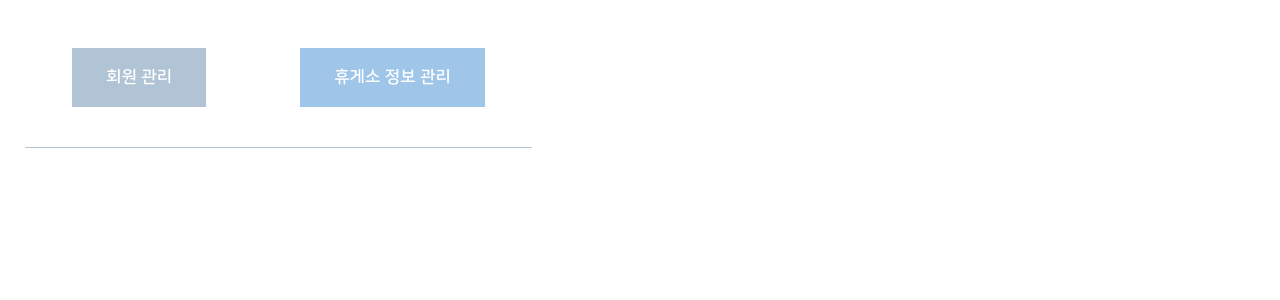
Repository: kimyerim-o/hyusikpro
Page: http://localhost/prac1/admin/admin.jsp
These files come from the project's save history. The page is drawn as it stood at one moment and after the next save; the edit follows.
The browser window is 1280 px wide. The pictures show the whole page.
Some web libraries are served in a nearby version. The page is served by Tomcat 9. Nobody is signed in. The application's start-up code is not run.

Above is the page before, as saved 2020-05-14 05:03:43.

After the next save:
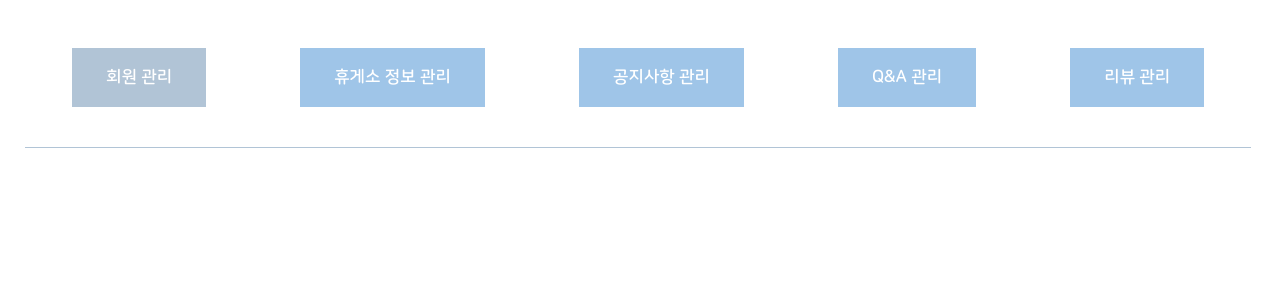
Saved 26 s later.
--- a/hyusik/prac1/WebContent/admin/admin.jsp
+++ b/hyusik/prac1/WebContent/admin/admin.jsp
@@ -20,20 +20,17 @@
 <main>
 <div class="cont">
 	<ul class="tab">
-<!-- 		<li class="current" data-tab="tab1"><a href="admin_member.go">회원 관리</a></li>
+ 		<li class="current" data-tab="tab1"><a href="admin_member.go">회원 관리</a></li>
 		<li data-tab="tab2"><a href="admin_info.go">휴게소 정보 관리</a></li>
 		<li data-tab="tab3"><a href="admin_notice.go">공지사항 관리</a></li>
 		<li data-tab="tab4"><a href="admin_qna.go">Q&A 관리</a></li>
-		<li data-tab="tab5"><a href="admin_review.go">리뷰 관리</a></li> -->
-		<li class="current" data-tab="tab1"><a href="#">회원 관리</a></li>
-		<li data-tab="tab2"><a href="#">휴게소 정보 관리</a></li>
+		<li data-tab="tab5"><a href="admin_review.go">리뷰 관리</a></li>
 	</ul>
 
 	<div id="tab1" class="tabcontent current">
 	</div>
 
 	<div id="tab2" class="tabcontent">
-	00
 		<ul>
 			<c:forEach var="restinfo" items="${infoData.restinfo}" >
 			<li><a href="#">${restinfo.name}</a></li>
